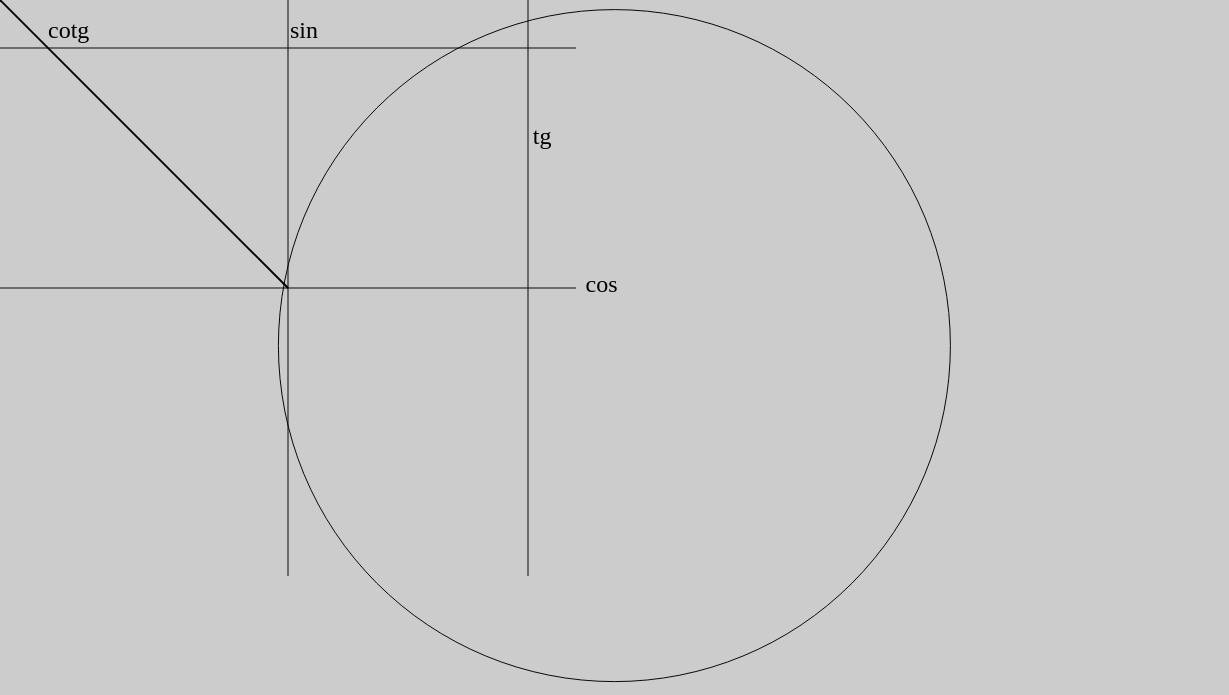
Repository: BraynStorm/braynstorm.github.io
Page: http://localhost/
The author's editor kept a copy of each file at every save. The page is drawn from the files as they stood at one save, then again after the next save.
The browser window is 1280 px wide. The pictures show the whole page, at 96% of full size.
The page is run by PHP 8.4 with error messages shown; the project is at /var/www/html/.

Above is the page before, as saved 2015-02-24 17:22:57.

After the next save:
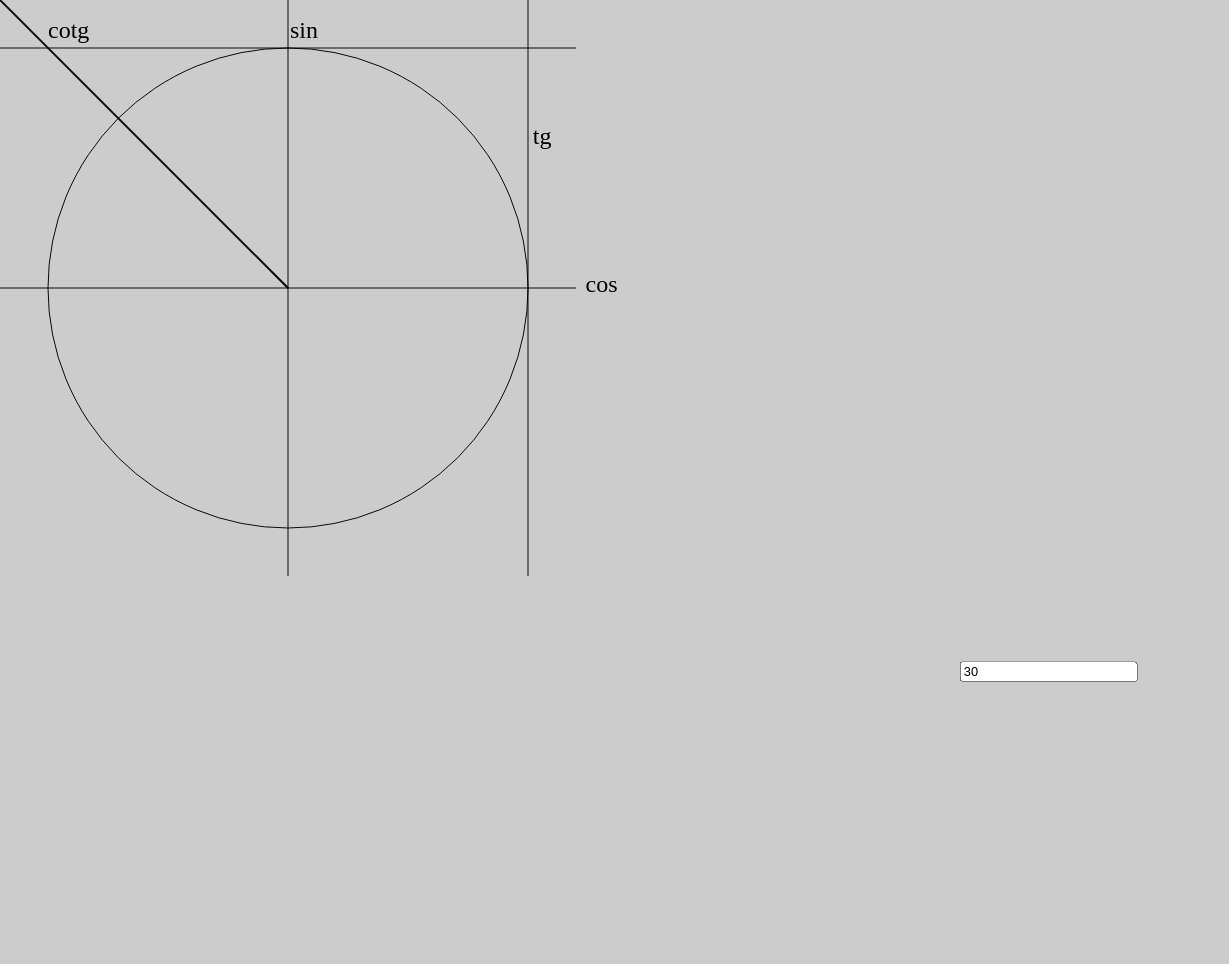
Console error: SyntaxError: Unexpected token ')'
Saved 78 s later.
--- a/JSDrawing/js/swgDrawing.js
+++ b/JSDrawing/js/swgDrawing.js
@@ -82,10 +82,10 @@
 		}
 		var radians = (Math.PI * 2) * (angle % 360) / 360 ;
 
-		x = beginX + ( (1/(Math.tan(radians) + 1)) * radius);
+		x = beginX + ((Math.tan(radians))) * radius);
 
 
-		y = beginY - (Math.tan(radians) * radius);
+		y = beginY - ((1/Math.tan(radians)) * radius);
 
 
 		angleArm.attr("x2", x);

After the save that followed:
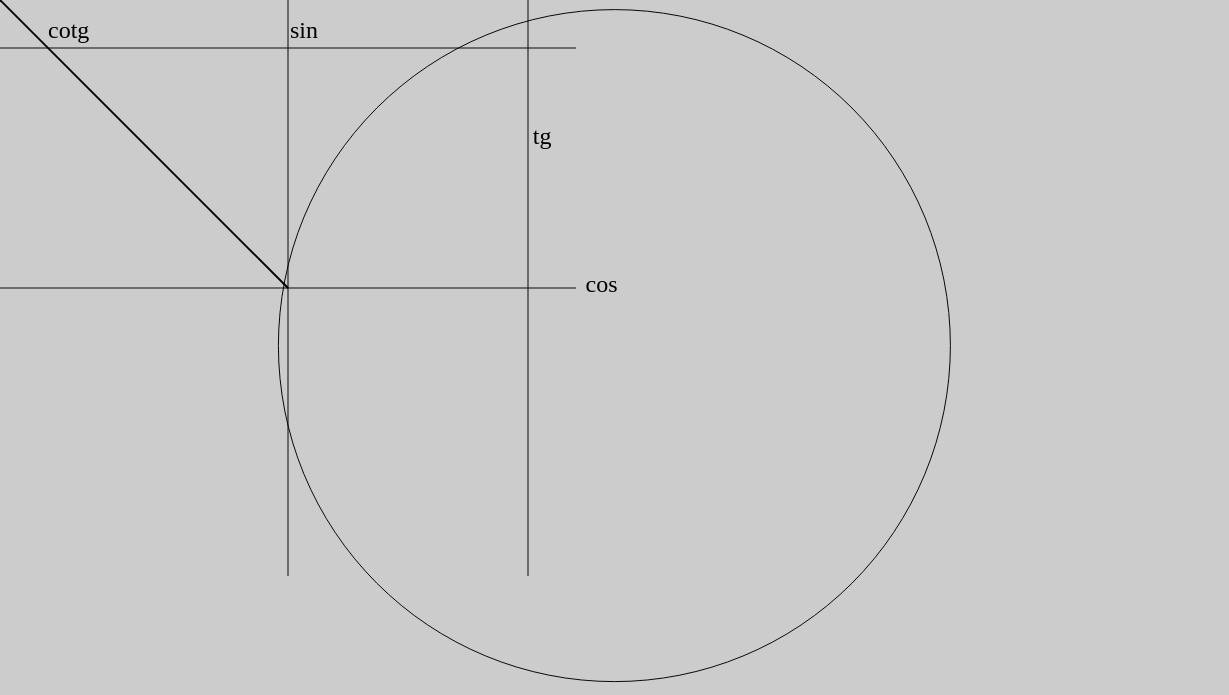
The error is gone.
Saved 10 s later.
--- a/JSDrawing/js/swgDrawing.js
+++ b/JSDrawing/js/swgDrawing.js
@@ -82,7 +82,7 @@
 		}
 		var radians = (Math.PI * 2) * (angle % 360) / 360 ;
 
-		x = beginX + ((Math.tan(radians))) * radius);
+		x = beginX + ((Math.tan(radians)) * radius);
 
 
 		y = beginY - ((1/Math.tan(radians)) * radius);
